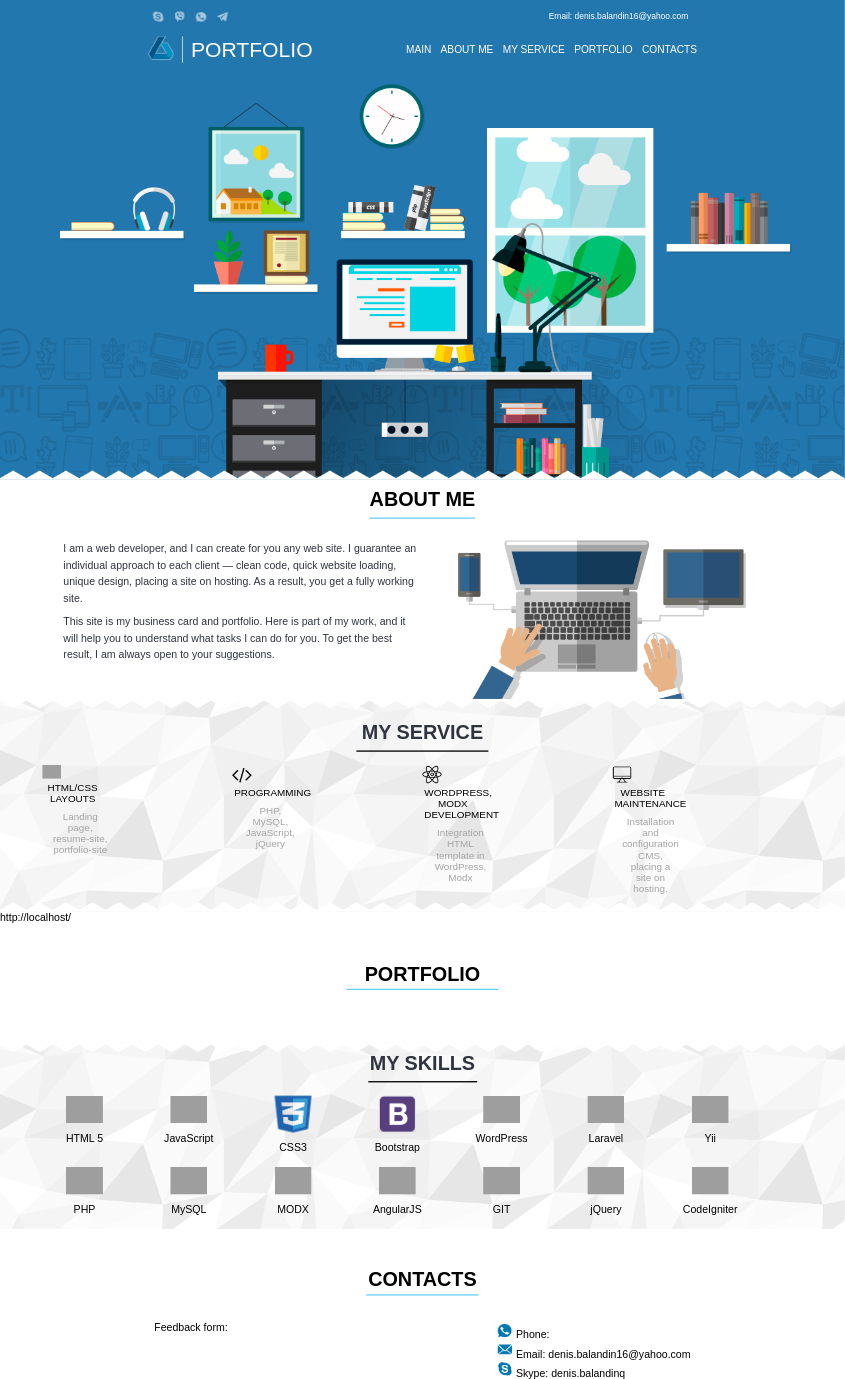
Repository: DenisBalandin/Portfolio
Page: /
An editor plug-in stored every save of this project. The page is shown before and after the next save, followed by the edit.
The browser window is 1280 px wide. The pictures show the whole page, at 66% of full size.
Pictures or frames that could not be fetched are drawn as grey boxes. The page's requests for data from a server got no answer. The project was rebuilt for these pictures with package versions that can differ from the ones it lists, and the page was loaded fresh each time. No one was signed in, and anything a server would have sent is missing. Also part of the build but not shown: src/ItemPage.js.

Above is the page before, as saved 2020-03-07 15:09:34.

### src/App.js
import React from 'react';
import './style.scss';
import ItemPage from './ItemPage';
import Home from './Home';
import Header from './Header';


import {BrowserRouter as Router,Route, Link} from 'react-router-dom';

function App(){
  return (
    <Router>
      <Header/>
      <Route exact path="/pageitem" component={ItemPage} />

      <Route exact path="/pageitem/:itemid" component={ItemPage} />
      <Route exact path="/" component={Home} />
    </Router>
  );
}

export default App;

### src/style.scss
*{padding: 0; margin: 0;}
body{font-family: Arial; min-width: 500px; }
a{text-decoration: none; color: #FFFFFF; text-decoration: none;}
li{list-style: none;}

/* Heder */
#first_page_bg{
    width:100%;
    height: 70%;
    background: #2277ae;
    header{
        width: 65%;
        margin: 0 auto 0 auto;
        .up_menu_links{
            display: flex;
            justify-content: space-between;
           padding: 2% 0 0 0;
            .social_link{
                width: 30%;
                a{

                    img{
                        width: 7%;
                    }
                    margin: 0 3% 0 3%;
                }
            }
            .email_heder{
                 width: 30%;
                margin: 0 1.5% 0 0;
                a{
                    // display: flex;
                    .email_icon{
                        // width: 15%;
                        // width: 100%;
                        img{
                            width: 100%;
                            // position: absolute;
                            margin: 0 0 0 -2%;
                            // height: 100%;
                        }
                    }
                    div{
                        margin: 0.3% -2% 0 15%;
                        font-size: 1.0vw;
                    }
                }
            }
        }
        menu{
            margin:2% 0 5% 0;
            display: flex;
            justify-content: space-between;
            flex-wrap: wrap;
            width: 100%;
            .logo{
                width: 30%;
                display: flex;
                height: 100%;
                img{
                   width: 100%;
                //    height: 100%;
                //    margin: 5% 0 0% 0;
                }
                .company_name{
                    margin: auto;
                    margin: 0% 0 0 5%;
                    // height: 90%;
                    padding: 0 0 0 5%;
                    border-left: #FFFFFF 1px solid;
                    font-size: 2.5vw;
                    // height: 100%;
                    display: table;
                    a{
                        vertical-align: middle;
                    }
                }
            }
            .menu_heder{
                padding: 1.2% 0 0 0;
                width: 53%;
                display: flex;
                justify-content: space-between;
                div{
                    display: table;
                    a{
                        font-size: 1.2vw;
                        vertical-align: middle;

                    }
                    a:hover{
                        text-decoration: underline;
                    }
                }
            }
        }
    }
}
/*Heder end*/

/*Page*/
#first_page_bg_single{ width: 100%; height: 195px; background: #2277ae; padding:0px 0 0 0; overflow: hidden;}
.bg_page_insaide_page{width: 100%; background: url("img/pattop1.png") repeat-x; height: 230px; position: relative; z-index:5;}
.deltatop_page_page{width: 100%; background: url("img/deltatop.png") repeat-x; height: 14px; position: relative; z-index: 20; margin: -13px 0 0 0;}
#content_page{
    max-width: 1200px;
    margin: 30px auto 0px auto;
    display: flex;
    flex-wrap: wrap;
    flex-direction: row;
    justify-content: space-around;
}
.content_pageh1{
    font-size: 30px;
    text-transform: uppercase;
    text-align: center;
    font-weight: bold;
    position: relative;
    margin-bottom: 30px;
    color:#303440;
    text-decoration: underline;
    padding: 40px 0 10px 0;
}
#content_page img{
    width: 100%;
    height: auto;
}
/*Page end*/
.order_site{float: right; margin: 15px 0 0 20px; width: 178px; height: 30px; border: 1px solid #6ca6cd; text-align: center; color: #ffffff; padding: 10px 0 0 0; font-size: 14px; box-shadow: 9px 8px 4px -7px #2277ae; }
.order_site:hover{background: #0298cc; cursor: pointer;}
.company_name{
    color: #ffffff;
    font-size: 45px;
    margin: -10px 0 0 15px;
}
.company_name a{color: #FFFFFF;}
.company_name a:hover{color: #FFFFFF; text-decoration: none;}
.logo_border{
    width: 1px; height: 50px; background: #FFFFFF; margin: 0 10px 0 25px;
}
.content_description{
    max-width: 750px;
    height: 60px;
    float: left;
    font-size: 14px;
    color: #303440;
    margin: 0 0px 0 0;
}
.tools{ font-size: 15px; color: #303440; padding: 0 0 0 0px; }
.content_link{font-size: 15px; color: #303440; margin:0px 0 20px 0;}
.content_link a{color: #303440; text-decoration: underline;}
.content_link a:hover{text-decoration: none;}
.content_text{
    width: 80%;
    background: #fff;
    border: 1px solid #59759b;
    overflow: hidden;
    margin: 0 auto 0 auto;
}
.content_text img{
    width: 100%!important;
    height: 50%!important;
}
.web_line{ background:url("img/web_line.jpg")no-repeat;  display: inline-block; height: 69px; max-width: 1150px; margin: 0 0 -5px 0; border-right: 1px solid #59759b; border-left: 1px solid #59759b; border-top: 1px solid #59759b;}
.content_url{float: left; margin: 40px 0 0 160px;}
.content_url a{color: #585353;}
/*Links end*/
.flex-container {
    display: flex;
    flex-direction:  row-reverse;
}
/*Top Menu*/
.heder_menu{
    display: flex;
}
.top_menu{
    margin: 20px 0;
    display: flex;
    flex-direction:row;
}
/*Page bg*/
.page_bg{
    margin: -10px auto 0 auto;
}
.bg_page_insaide{width: 100%; background: url("img/pattop.png") repeat-x;  position: relative; z-index:5; background-position: bottom;
    display: flex;
    flex-direction: column;
}
.bg_page_insaide_single{width: 100%; margin: 15px 0 0 0; background: url("img/pattop.png") repeat-x; height: 130px; position: relative; z-index:5;}
.deltatop_page{width: 100%; background: url("img/deltatop.png") repeat-x; height: 14px; position: relative; z-index: 20; margin: -14px 0 0 0;}
/*Page bg end*/

/*About me*/
#about_me{
    width: 85%;
    margin:  1% auto 0% auto;
    h1{
        font-size: 30px;
        text-transform: uppercase;
        margin: 0 auto 2% auto;
        font-weight: bold;
        position: relative;
        border-bottom: 2px solid #6dcff6;
        width: 160px;
        padding: 0 0 10px 0;
    }
    .about_me_content{
    display: inline-block;
    height: 40%!important;

        p{
            box-sizing: border-box;
            font-size: 20px "Roboto";
            line-height: 25px;
            color: #303440; margin: 1% 0 1% 0;
        }
        img{
            // width: 30%;
            padding: 0 5% 0 5%;
            margin: 0 0 0% 0;

        }
    }
}
/*About me end*/

/*My Service*/
#my_service_bg{
    height: 100%;
    background: url("img/bgdelta.png") repeat-x;
    h3{
        font-size: 30px;
        text-transform: uppercase;
        font-weight: bold;
        color: #303440;
        width: 200px;
        text-align: center;
        margin: 20px auto 20px auto;
        border-bottom: 2px #000000 solid;
        padding: 0 0 10px 0;
    }
    .my_service_line_top{
        width: 100%;
        height: 14px;
        background: url("img/deltabottom.png") repeat-x;
    }
    .my_service_line_bottom{
        width: 100%;
        height: 14px;
        background: url("img/deltatop.png") repeat-x;
    }
    #my_service{
        width: 90%;
        margin: 0px auto 1% auto;
        display: flex;
        // flex-wrap: wrap;
        // justify-content: space-between;

        div{

            // text-align: center;
            // width: 300px;
            width: 30%;

            img{
                width: 10%;
                // margin:  0 auto 2% auto;
            }
            .text_1{
                // text-align: center;
                padding: 0 1% 0 1%;
                font-size: 15px;
            }
            .text_2{
                // text-align: center;
                padding: 0 5% 0 5%;
                color:#a4a4a4;
                font-size: 15px;
                // width: 300px;
            }
        }
    }
}


/*My service end*/

/*Portfolio*/
#portfolio{
    max-width: 1200px;
    margin: 0 auto 40px auto;
    display: flex;
    flex-direction:row;
    flex-wrap: wrap;
    justify-content: center;
}
.portfolioh3{
    font-size: 30px;
    text-transform: uppercase;
    text-align: center;
    font-weight: bold;
    position: relative;
    border-bottom: 2px solid #6dcff6;
    width: 230px;
    margin: 60px auto 40px auto;
    padding: 0 0 5px 0;
}
#portfolio .portfolioblock{
    border: 1px solid #bfd2e1;
    width: 368px;
    margin: 10px;
    box-shadow: 5px 5px 4px -5px #000000;
}
#portfolio div img{
    margin: -12px 0 0px 0;
    display: inline-block;
}
.p_name{
    background:#2d7eb2;
    text-align: center;
    height: 40px;
    opacity: 0.8;
    padding: 2px 20px;
    margin: 0 auto 0 auto;
}
.p_name a{
    font-size: 20px;
    color: #ffffff;
}
.p_name:hover{
    text-decoration: none;
}
/*Portfolio end*/

/*Content blog*/
#content_blog{ max-width: 1200px;  margin: 0 auto 40px auto; min-height: 300px;}
/*Content blog end*/



/*I used*/
#my_skils_bg{
    width: 100%;
    height: 100%;
    background: url("img/bgdelta.png") repeat-x;
    margin: 0 0 40px 0;
}
.my_skils_line_top{
    width: 100%;
    height: 14px;
    background: url("img/deltabottom.png") repeat-x;
}
.my_skils_line_bottom{
    width: 100%;
    height: 14px;
    background: url("img/deltatop.png") repeat-x;
}
#my_skils{
    max-width: 1200px;
    margin: 10px auto 0px auto;
    display: flex;
    flex-direction:row;
    flex-wrap: wrap;
}
#my_skils div img{}
.my_skillsh3{
    font-size: 30px;
    text-transform: uppercase;
    font-weight: bold;
    color: #303440;
    width: 165px;
    text-align: center;
    margin: 0 auto 20px auto;
    border-bottom: 2px #000000 solid;
    padding: 0 0 10px 0;
}
#my_skils div{ width: 140px; text-align: center; margin: 0 0 20px 18px;}
#my_skils div img{margin: 0 0 10px 0; width:40%;}
.about_me_img{}
.text_1{ text-align: center;}
.text_2{ text-align: center; margin: 10px 0 0 0; color:#a4a4a4; font-size: 13px;}
/*I used end*/

/*Portfolio*/
.contactsh3{
    font-size: 30px;
    text-transform: uppercase;
    text-align: center;
    font-weight: bold;
    position: relative;
    border-bottom: 2px solid #6dcff6;
    width: 170px;
    margin: 60px auto 40px auto;
    padding: 0 0 5px 0;
}
#contacts{
    max-width: 1200px;
    margin: 0 auto 0px auto;
    display: flex;
    flex-direction:row;
    flex-wrap: wrap;
    justify-content: space-around;
}
.formcont{ margin: 0 20px 0 0;}
.formcont input{border: 1px solid #dddddd; margin: 10px 0 10px 0; width: 250px; height: 30px; color: #666666; padding: 0 0 0 10px;}
.formcont textarea{border: 1px solid #dddddd; margin: 10px 0 10px 0; width: 410px; height: 70px; color: #666666; padding: 15px 0 0 10px;}
.formcont button{ background:#0298cc; height: 40px; width: 180px; color: #ffffff; font-size: 18px; border: 1px solid #6ca6cd; cursor: pointer;}
.formcont button:hover{ background:#2277ae;}
/*Portfolio end*/

/*Footer*/
#footer_bg{background: #2277ae; width: 100%; height: 100px; margin: 50px 0 0 0; }
#footer{max-width: 1200px;  margin: 10px auto 0px auto; height: 50px;}
.copyright{ color: #ffffff; margin: 25px 0 0 10px;}
.footermenu{ margin: 25px 0 0 0;}
.footermenu li{float: left; font-size: 14px; margin: 0 10px 0 10px; color: #ffffff; border-bottom: 1px solid #ffffff;}
.footermenu li:hover{border-bottom: 1px solid #2277ae;}
/*footer end*/


@media all and (max-width: 900px) {
    menu{
        display: block!important;
        .logo{
            width: 60%;
           margin: 2% auto 2% auto;
        }
        .menu_heder{
            width: 90%!important;
            margin: 2% auto 4% auto;
            a{
                font-size: 2vw!important;
            }

        }
    }
    .social_link{
        display: none
    }
    .email_heder{
        display: none
    }
    #my_service{
        flex-wrap: wrap;
    }

    #about_me p img {
        width: 0%;
    }

    #my_skils div img {
        width: 0% !important;
    }

    #my_skils{
        justify-content: space-around!important;
    }
    #my_skils div{
        margin: 0 !important;
    }
    .top_menu{
        display: none!important;
    }
    .menu{
        margin: 10px 0 40px 0!important;
        justify-content: space-around !important;
    }
    #about_me p{
        padding: 0 30px 0 30px!important;
    }
}

### src/Home.js
import React,{Component} from 'react';
import AboutMe from './AboutMe';
import MyService from './MyService';
import MySkills from './MySkills';
import Contacts from './Contacts';
import Portfolio from './Portfolio';
import {BrowserRouter as Router,Route, Link} from 'react-router-dom';


class Home extends Component{
    render(){
        return(
            <div>
                <Router>
                    <AboutMe/>
                    <MyService/>
                    <Portfolio/>
                    <MySkills/>
                    <Contacts/>
                </Router>
            </div>
        );
    }
}
export default Home;

### src/AboutMe.js
import React from 'react';
import aboutme from './img/aboutme.png';

function AboutMe(){
    return(
        <div id="about_me">
            <h1>ABOUT ME</h1>
            <div className="about_me_content">
                <p>
                    <img className="about_me_img" align="right" src={aboutme} width="40%"/>
                    I am a web developer, and I can create for you any web site. I guarantee an individual approach to each client — clean code, quick website loading, unique design, placing a site on hosting. As a result, you get a fully working site.
                </p>
                <p>
                    This site is my business card and portfolio. Here is part of my work, and it will help you to understand what tasks I can do for you. To get the best result, I am always open to your suggestions.
                </p>
            </div>
        </div>
    );
}
export default AboutMe;

### src/MyService.js
import React from 'react';
import html_icon from './img/html_icon.png';
import code_icon from './img/code_icon.png';
import react from './img/react_icon.png';
import display_icoon from './img/display_icoon.png';

function MyService(){
    return(
        <div id="my_service_bg">
          <div className="my_service_line_top"></div>
          <h3>MY SERVICE</h3>
          <div id="my_service">
              <div>
                <img src={html_icon} />
                <div className="text_1">HTML/CSS LAYOUTS</div>
                <div className="text_2">Landing page, resume-site, portfolio-site</div>
              </div>
              <div>
                <img  src={code_icon} />
                <div className="text_1">PROGRAMMING</div>
                <div className="text_2">PHP, MySQL, JavaScript, jQuery</div>
              </div>
              <div>
                <img src={react}/>
                <div className="text_1">WORDPRESS, MODX DEVELOPMENT</div>
                <div className="text_2">Integration HTML template in WordPress, Modx</div>
              </div>
              <div>
                <img src={display_icoon}/>
                <div className="text_1">WEBSITE MAINTENANCE</div>
                <div className="text_2">Installation and configuration CMS, placing a site on hosting.</div>
              </div>
          </div>
          <div className="my_service_line_bottom"></div>
      </div>
    );
}
export default MyService;

### src/MySkills.js
import React from 'react';
import css3 from './img/css3.png';
import bootstrap from './img/bootstrap.png';

function MySkills(){
    return(
        <div id="my_skils_bg">
            <div className="my_skils_line_top"></div>
            <h3 className="my_skillsh3">My Skills</h3>
            <div id="my_skils">
                <div>
                    <img src="<?php bloginfo('template_directory'); ?>/img/html5.png" />
                    <p>HTML 5</p>
                </div>
                <div>
                    <img src="<?php bloginfo('template_directory'); ?>/img/js.png"/>
                    <p>JavaScript</p>
                </div>
                <div><img src={css3}/> <p>CSS3</p></div>
                <div><img src={bootstrap}/><p>Bootstrap</p></div>
                <div><img src="<?php bloginfo('template_directory'); ?>/img/wordpress.png"/><p>WordPress</p></div>
                <div><img src="<?php bloginfo('template_directory'); ?>/img/laravel.png"/><p>Laravel</p></div>
                <div><img src="<?php bloginfo('template_directory'); ?>/img/yii.png"/><p>Yii</p></div>
                <div><img src="<?php bloginfo('template_directory'); ?>/img/php.png"/><p>PHP</p></div>
                <div><img src="<?php bloginfo('template_directory'); ?>/img/mysql.png"/><p>MySQL</p></div>
                <div><img src="<?php bloginfo('template_directory'); ?>/img/modx.png"/><p>MODX</p></div>
                <div><img src="<?php bloginfo('template_directory'); ?>/img/angular.png"/><p>AngularJS</p></div>
                <div><img src="<?php bloginfo('template_directory'); ?>/img/git.png"/><p>GIT</p></div>
                <div><img src="<?php bloginfo('template_directory'); ?>/img/jquery.png"/><p>jQuery</p></div>
                <div><img src="<?php bloginfo('template_directory'); ?>/img/codeigniter.png"/><p>CodeIgniter</p></div>
            </div>
            <div className="my_service_line_bottom"></div>
        </div>
    );
}
export default MySkills;

### src/Contacts.js
import React from 'react';
import skype_cont from './img/skype_cont.jpg';
import mail_cont from './img/mail_cont.jpg';
import phone_cont from './img/phone_cont.png';

function Contacts(){
    return(
        <>
            <h3 className="contactsh3">CONTACTS</h3>
            <div id="contacts">
                <div className="formcont">
                    <p>Feedback form:</p>

                </div>
                <div className="contacts">
                    <div>
                    <img src={phone_cont}/> <span>Phone:</span>
                    </div>
                    <div>
                    <img src={mail_cont}/> <span>Email: denis.balandin16@yahoo.com  </span>
                    </div>
                    <div>
                    <img src={skype_cont}/> <span>Skype: denis.balandinq </span>
                    </div>
                </div>
            </div>
        </>
    );
}
export default Contacts;

### src/Portfolio.js
import React,{Component} from 'react';
import portfolioicon from './img/portfolioicon.jpg';
import { db } from "./firebase";
import ReactHtmlParser, { processNodes, convertNodeToElement, htmlparser2 } from 'react-html-parser';
import {BrowserRouter as Router,Route, Link} from 'react-router-dom';

class Portfolio extends Component{
    constructor(props){
        super(props);
        this.state = {
            pages:[]
        }
    }
    componentDidMount(){
        this.getFetch();
    }
    getFetch = () => {
        // db.collection("messages")
        // .get()
        // .then(querySnapshot => {
        //     let fullArray = [];
        //     const data = querySnapshot.docs.map(doc => doc.data());
        //     for(var int = 0; int < data.length; int++){
        //         fullArray[int] = {
        //             name: data[int].name,
        //             date:data[int].date,
        //             check:data[int].check,
        //             id: querySnapshot.docs[int].id,
        //         }
        //     }
        //     this.setState({ users: fullArray });
        // });
        fetch('http://testwoo/wp-json/wp/v2/posts')
        .then(response => response.json())
        .then(
            result => this.setState({
                pages:result
            })
        );
    }

    render(){
       return(
           <>
           {window.location.href}
            {/* <Route exact path="/"  component={Home}/> */}
            <h3 className="portfolioh3">PORTFOLIO</h3>
            <div id="portfolio">
                {this.state.pages.map((page, index)=>
                    <div className="portfolioblock">
                        {/* <Link to={`/pageitem/${page.id}`}>
                            <img src={portfolioicon}  width="368"/>
                            { ReactHtmlParser(page.excerpt.rendered)}
                        </Link>
                        <div className="p_name">
                            <a href="/pexuniverse/">{page.title.rendered}</a>
                        </div> */}
                    </div>
                )}


            </div>
        </>
       );
   }
}
export default Portfolio;

### src/firebase.js
import firebase from 'firebase';

const firebaseApp = firebase.initializeApp({
    apiKey: "AIzaSyBH21wpMVzXC2kYGnD8x1tI6ru-zdWNAqs",
    authDomain: "test-4ba23.firebaseapp.com",
    databaseURL: "https://test-4ba23.firebaseio.com",
    projectId: "test-4ba23",
    storageBucket: "test-4ba23.appspot.com",
    messagingSenderId: "597606478464",
    appId: "1:597606478464:web:6e48455407186638df2c65",
    measurementId: "G-NDR2C185V9"
});

const db = firebaseApp.firestore();

export {db};

Loaded but not shown: public/index.html (common file); src/index.js (common file); src/index.css (common file); src/serviceWorker.js (common file); src/Header.js (72 lines, source omitted)

After the next save:
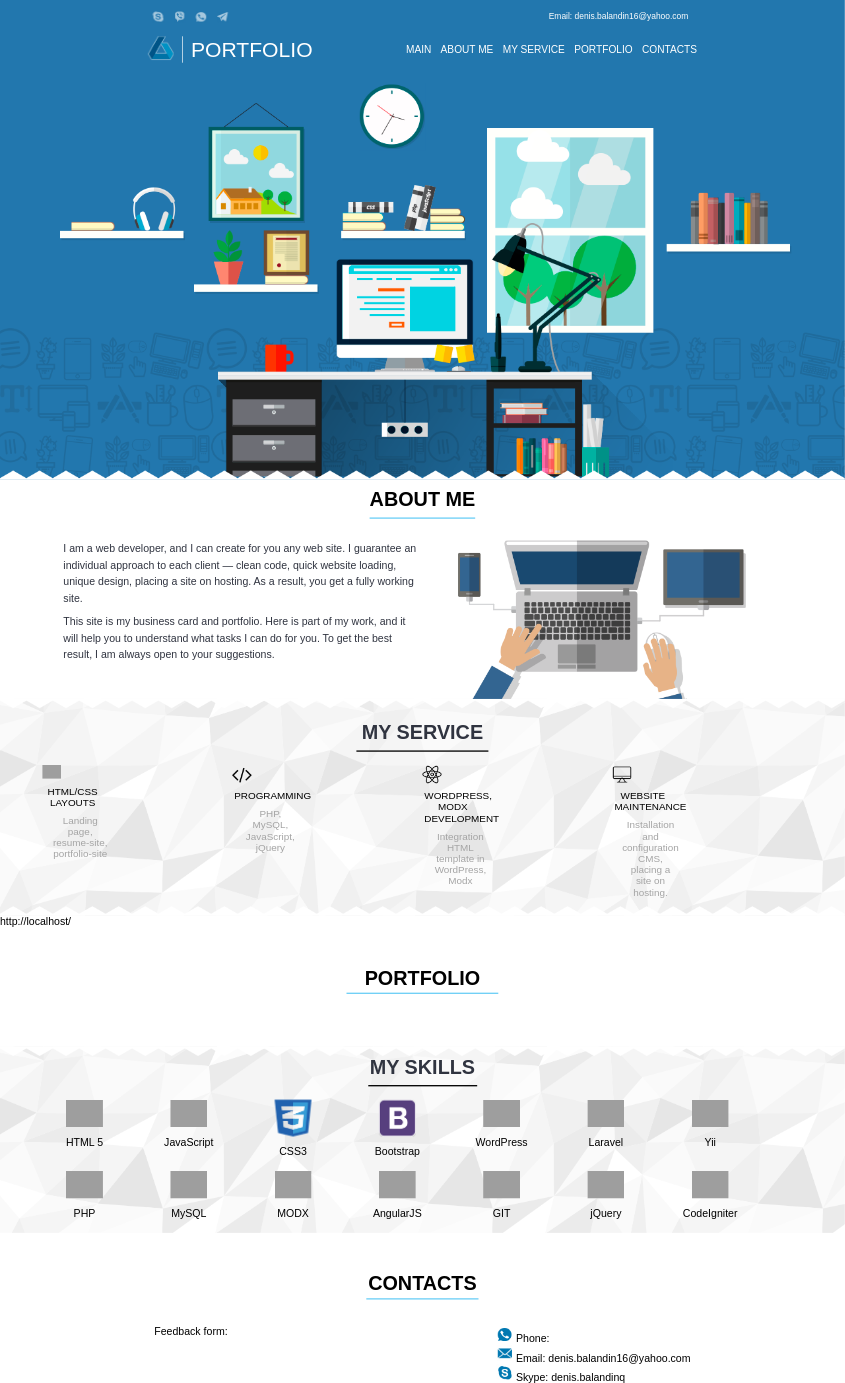
Saved 14 s later.
--- a/src/style.scss
+++ b/src/style.scss
@@ -264,7 +264,7 @@
 
             img{
                 width: 10%;
-                // margin:  0 auto 2% auto;
+                margin:  0 auto 2% auto;
             }
             .text_1{
                 // text-align: center;
